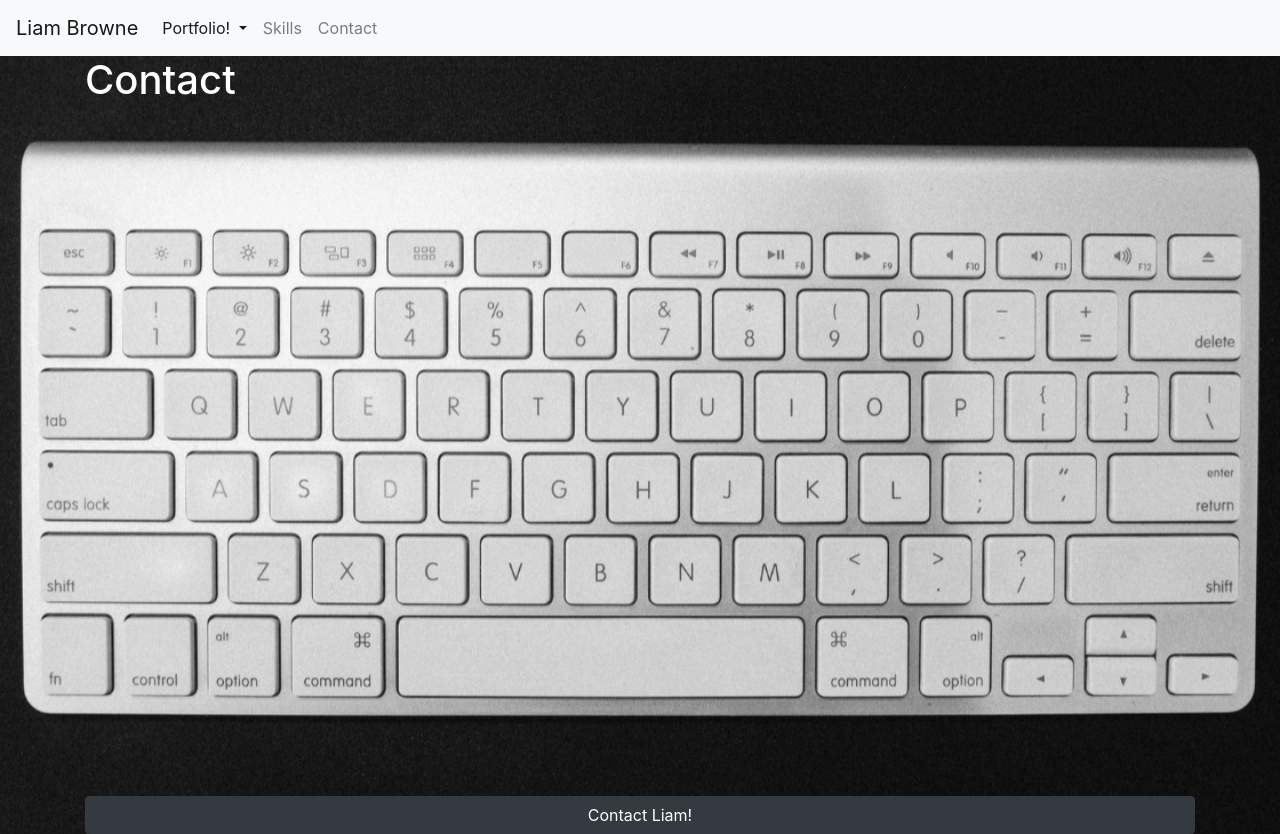
Repository: LiamB123/LiamBrowne.com.github.io
Page: contact.html
The author's editor kept a record of every edit. The page is drawn from the files as they stood at one moment, then again after the next edit.
The browser window is 1280 px wide. The pictures show the whole page.
Backgrounds fixed to the window are drawn as part of the page.

Above is the page before.

### contact.html
<!DOCTYPE html>
<html lang="en">

<head>
    <meta charset="UTF-8">
    <meta name="viewport" content="width=device-width, initial-scale=1.0">


    <meta http-equiv="X-UA-Compatible" content="ie=edge">

    <title>Liam Browne</title>

    <!--Boostrap Links for Css, Js and Jquery --->
    <link rel="stylesheet" href="https://stackpath.bootstrapcdn.com/bootstrap/4.4.1/css/bootstrap.min.css" integrity="sha384-Vkoo8x4CGsO3+Hhxv8T/Q5PaXtkKtu6ug5TOeNV6gBiFeWPGFN9MuhOf23Q9Ifjh" crossorigin="anonymous">

    <script src="https://code.jquery.com/jquery-3.4.1.slim.min.js" integrity="sha384-J6qa4849blE2+poT4WnyKhv5vZF5SrPo0iEjwBvKU7imGFAV0wwj1yYfoRSJoZ+n" crossorigin="anonymous"></script>
    <script src="https://cdn.jsdelivr.net/npm/popper.js@1.16.0/dist/umd/popper.min.js" integrity="sha384-Q6E9RHvbIyZFJoft+2mJbHaEWldlvI9IOYy5n3zV9zzTtmI3UksdQRVvoxMfooAo" crossorigin="anonymous"></script>
    <script src="https://stackpath.bootstrapcdn.com/bootstrap/4.4.1/js/bootstrap.min.js" integrity="sha384-wfSDF2E50Y2D1uUdj0O3uMBJnjuUD4Ih7YwaYd1iqfktj0Uod8GCExl3Og8ifwB6" crossorigin="anonymous"></script>


    <link rel="stylesheet" href="static/css/custom.css" type="text/css" />

</head>




<nav class="navbar navbar-expand-lg navbar-light bg-light">
    <a class="navbar-brand" href="#">Liam Browne </a>
    <button class="navbar-toggler" type="button" data-toggle="collapse" data-target="#navbarSupportedContent" aria-controls="navbarSupportedContent" aria-expanded="false" aria-label="Toggle navigation">
    <span class="navbar-toggler-icon"></span>
  </button>

    <div class="collapse navbar-collapse" id="navbarSupportedContent">
        <ul class="navbar-nav mr-auto">
            <li class="nav-item active nav-item dropdown">
                <a class="nav-link dropdown-toggle" href="#" id="navbarDropdown" role="button" data-toggle="dropdown" aria-haspopup="true" aria-expanded="false">
          Portfolio!
        </a>
                <div class="dropdown-menu" aria-labelledby="navbarDropdown">
                    <a class="dropdown-item" href="#">E-Commerce</a>
                    <a class="dropdown-item" href="#">Booze Clues</a>
                    <div class="dropdown-divider"></div>
                    <a class="dropdown-item" href="#">Something else here</a>
                </div>
            </li>
            <a class="nav-link" href="#">Skills<span class="sr-only">(current)</span></a>
            </li>
            <li class="nav-item">
                <a class="nav-link" href="contact">Contact</a>
            </li>

        </ul>

    </div>
</nav>

<div id="contact-img">
    <div class="container">



        <h1 class="white-lettering">
            Contact
        </h1>
        <div class="row row-flex">
            <div class="vertical-align-center">

            </div>
        </div>

        <!-- Button trigger modal -->
        <button type="button" class="btn btn-dark btn-block " data-toggle="modal" data-target="#staticBackdrop">
    Contact Liam!
    </button>

        <!-- Modal -->
        <div class="modal fade" id="staticBackdrop" data-backdrop="static" tabindex="-1" role="dialog" aria-labelledby="staticBackdropLabel" aria-hidden="true">
            <div class="modal-dialog" role="document">
                <div class="modal-content">
                    <div class="modal-header">
                        <h5 class="modal-title" id="staticBackdropLabel">Just a few details so I can respond!</h5>
                        <button type="button" class="close" data-dismiss="modal" aria-label="Close">
          <span aria-hidden="true">&times;</span>
        </button>
                    </div>
                    <div class="modal-body">

                        <form>
                            <div class="form-group">
                                <label for="Email">Email address</label>
                                <input type="email" class="form-control" id="Email" placeholder="I will never share this information!">
                            </div>
                            <div class="form-group">
                                <label for="exampleFormControlSelect1">Is there a specific thing you want to talk about?</label>
                                <select class="form-control" id="exampleFormControlSelect1">
      <option>Just Saying Hi!</option>
      <option>Collaboration</option>
      <option>Business Opportunity</option>

    </select>
                            </div>

                            <div class="form-group">
                                <label for="exampleFormControlTextarea1">Message</label>
                                <textarea class="form-control" id="exampleFormControlTextarea1" rows="8"></textarea>
                            </div>
                            <button type="submit" class="btn btn-lg btn-outline-dark">Send!</button>
                        </form>
                    </div>
                    <div class="modal-footer">
                        <button type="button" class="btn btn-dark" data-dismiss="modal">Close</button>
                    </div>
                </div>
            </div>
        </div>
    </div>
</div>

### static/css/custom.css
/*Image Classes*/


#contact-img {
    min-height: 100vh;
    min-width: 100%;
    z-index: -1;
    background-image: url("../img/keyboard.jpg");
    background-repeat: no-repeat;
    background-position: center;
    background-attachment: fixed;
}


#title-img{
    background-attachment: fixed;
    background-image: url("../img/laptop.jpg");
    background-position: bottom;
    background-size: cover;
   min-height: 100vh;
    min-width: 100%;
    margin-bottom: 0px;
    z-index: -1;
}

.white-lettering{
    color: white;
}


.vertical-align-center{
    padding-top:40%;
    text-align: center;
    padding-bottom: 20%;
}
.tall{
    height:20vh;
}

After the next edit:
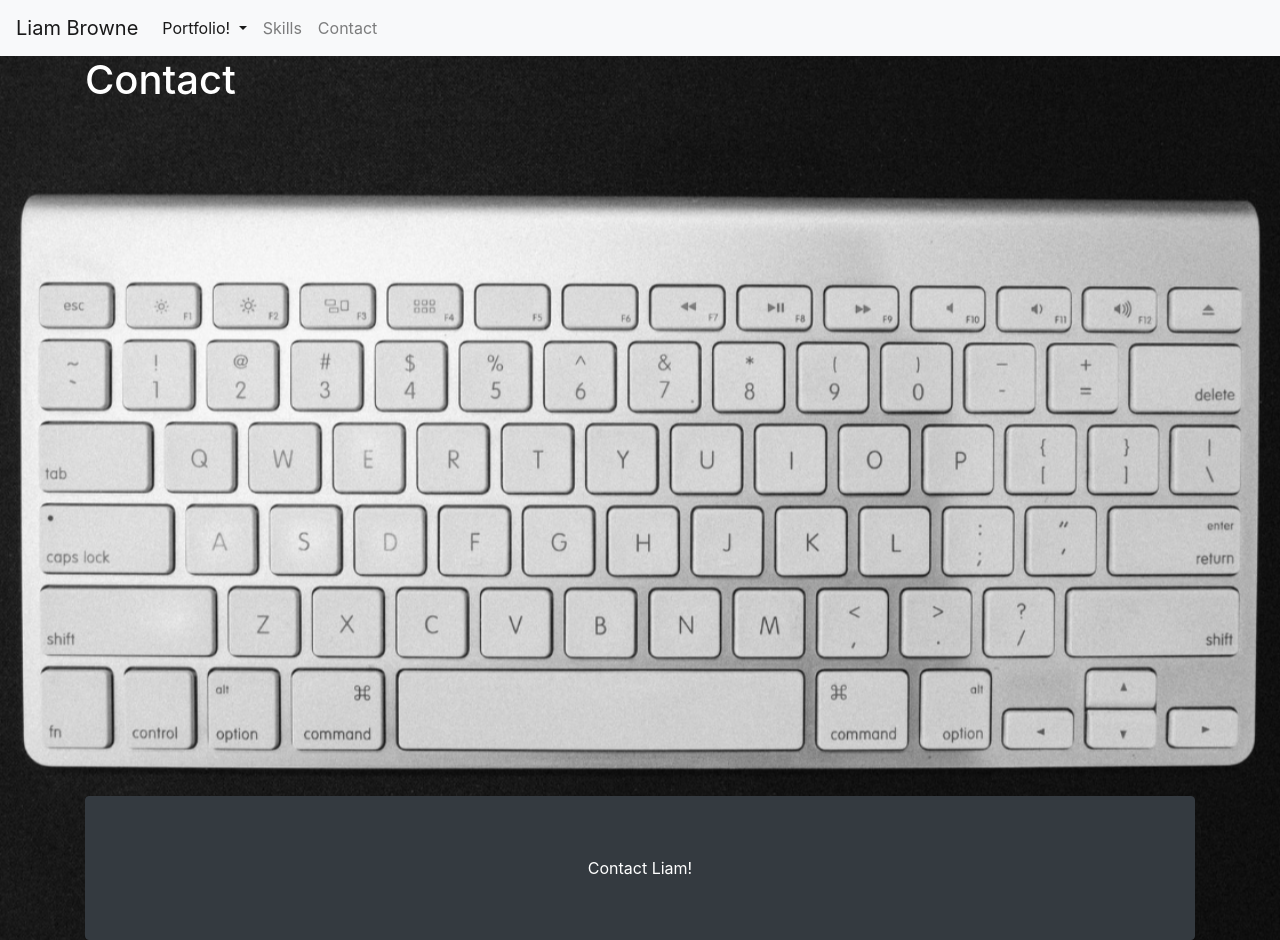
The edit:
--- a/contact.html
+++ b/contact.html
@@ -70,7 +70,7 @@
         </div>
 
         <!-- Button trigger modal -->
-        <button type="button" class="btn btn-dark btn-block " data-toggle="modal" data-target="#staticBackdrop">
+        <button type="button" class="btn btn-dark btn-block tall " data-toggle="modal" data-target="#staticBackdrop">
     Contact Liam!
     </button>
 
